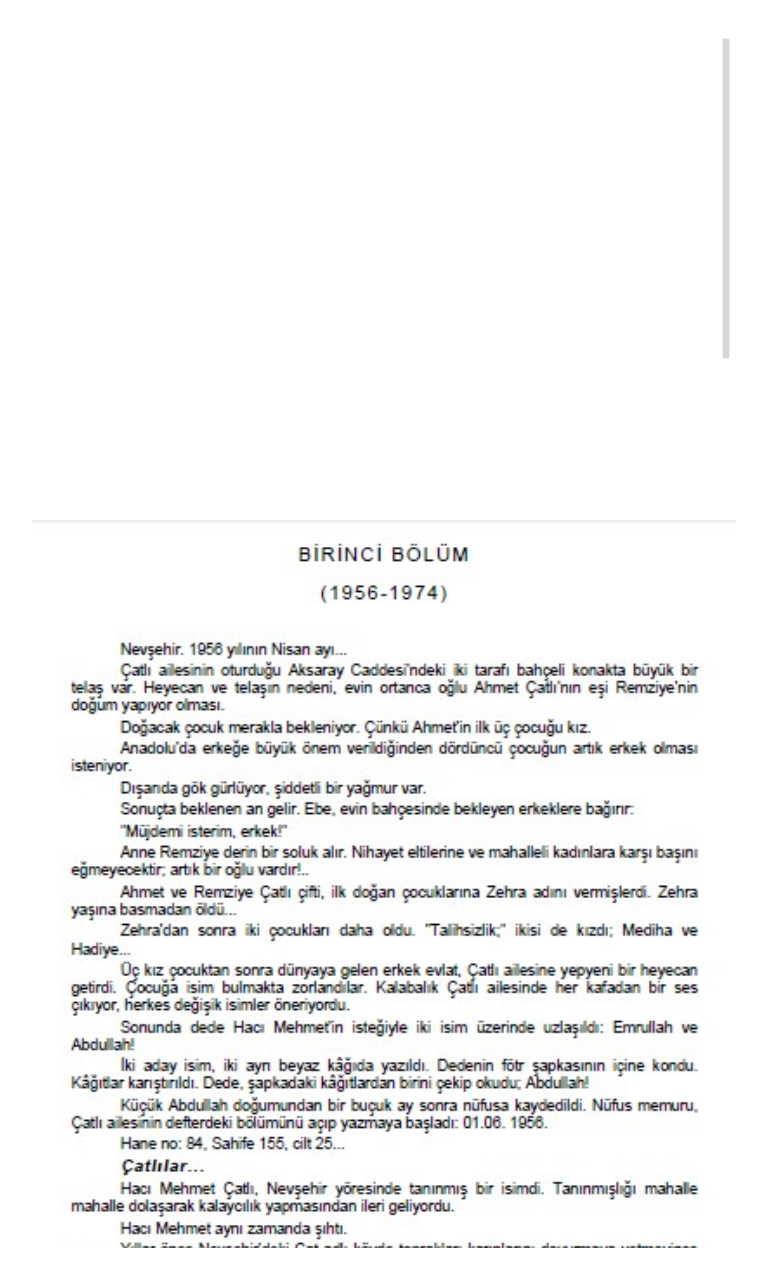
Repository: vitaabb/learnmixer
Layout: LearnMixer 4.05.2015/LearnMixer/res/layout/activity_pdf_activity.xml
An editor plug-in stored every save of this project. The layout is shown before and after the next save, followed by the edit.
It is drawn on a 768 x 1280 px phone screen (xhdpi) without system bars, with theme AppTheme; the app's code is not run.

Above is the layout before, as saved 2015-05-06 11:24:23.

### LearnMixer 4.05.2015/LearnMixer/res/layout/activity_pdf_activity.xml
<LinearLayout xmlns:android="http://schemas.android.com/apk/res/android"
    xmlns:tools="http://schemas.android.com/tools" android:layout_width="match_parent"
    android:layout_height="match_parent" android:paddingLeft="@dimen/activity_horizontal_margin"
    android:paddingRight="@dimen/activity_horizontal_margin"
    android:paddingTop="@dimen/activity_vertical_margin"
    android:paddingBottom="@dimen/activity_vertical_margin"
    android:orientation="vertical"
    tools:context="com.kvitochka.myviewer.pdf_activity"
    android:background="@color/white">

    <ScrollView
        android:layout_width="fill_parent"
        android:layout_height="wrap_content"
        android:id="@+id/scrollView">


        <LinearLayout
            android:orientation="vertical"
            android:layout_width="fill_parent"
            android:layout_height="wrap_content">

            <FrameLayout
                android:layout_width="fill_parent"
                android:layout_height="1000dp">

                <ImageView
                    android:id="@+id/imageView"
                    android:layout_width="fill_parent"
                    android:layout_height="719dp"
                    android:layout_gravity="center"
                    android:src="@drawable/puppy_01" />

            </FrameLayout>

            <ImageView
                android:layout_width="10dp"
                android:layout_height="10dp"
                android:id="@+id/imageView6"
                />

            <FrameLayout
                android:layout_width="fill_parent"
                android:layout_height="fill_parent">

                <ImageView
                    android:layout_width="wrap_content"
                    android:layout_height="wrap_content"
                    android:id="@+id/imageView2"
                    android:src="@drawable/puppy_02"
                    android:layout_gravity="center" />
            </FrameLayout>

            <ImageView
                android:layout_width="wrap_content"
                android:layout_height="10dp"
                android:id="@+id/imageView7" />

            <FrameLayout
                android:layout_width="fill_parent"
                android:layout_height="fill_parent">

                <ImageView
                    android:layout_width="wrap_content"
                    android:layout_height="wrap_content"
                    android:id="@+id/imageView3"
                    android:src="@drawable/puppy_03"
                    android:layout_gravity="center" />
            </FrameLayout>

            <ImageView
                android:layout_width="wrap_content"
                android:layout_height="10dp"
                android:id="@+id/imageView8" />

            <FrameLayout
                android:layout_width="fill_parent"
                android:layout_height="fill_parent">

                <ImageView
                    android:layout_width="wrap_content"
                    android:layout_height="wrap_content"
                    android:id="@+id/imageView4"
                    android:src="@drawable/puppy_04"
                    android:layout_gravity="center" />
            </FrameLayout>

            <ImageView
                android:layout_width="wrap_content"
                android:layout_height="10dp"
                android:id="@+id/imageView9" />

            <FrameLayout
                android:layout_width="fill_parent"
                android:layout_height="fill_parent">

                <ImageView
                    android:layout_width="wrap_content"
                    android:layout_height="wrap_content"
                    android:id="@+id/imageView5"
                    android:src="@drawable/puppy_05"
                    android:layout_gravity="center_horizontal|top" />
            </FrameLayout>

            <ImageView
                android:layout_width="match_parent"
                android:layout_height="0dp"
                android:layout_weight="1"
                android:scaleType="fitCenter"
                android:id="@+id/img" />

            <LinearLayout
                android:orientation="horizontal"
                android:layout_width="match_parent"
                android:layout_height="wrap_content">



                </LinearLayout>

        </LinearLayout>
    </ScrollView>


</LinearLayout>

### LearnMixer 4.05.2015/LearnMixer/res/values/color.xml
<?xml version="1.0" encoding="utf-8"?>
<resources>

    <color name="white">#ffffff</color>
    <color name="done">#D9D9DB</color>
    <color name="actionbar">#513252</color>
    <color name="red">#c90000</color>
    <color name="yellowapp">#d5e13f</color>
    <color name="chatboxcontainer">#b5b5b5</color>
    <color name="black">#000000</color>
    <color name="blue">#0645AD</color>
    <color name="grey">#cccccc</color>
    <color name="hint_color">#808080</color>
    <color name="signinscreenfont">#464646</color>
    <color name="olive">#808000</color>
    <color name="profilebanner">#f9ddfa</color>
    <color name="bright_foreground_material_dark">#f9ddfa</color>
    <color name="dark_green">#092a56</color>
    <color name="heading_color">#f0f0f0</color>
    <color name="field_color">#020b4d</color>
    <color name="value_color">#464646</color>
    <color name="trans">#00000000</color>
    <color name="light_black">#4f6c90</color>
    <color name="navy_blue">#000080 </color>
    <color name="pop_up">#020b4d </color>
    <color name="setting_heading">#00585a </color>
    <color name="edit_text">#020b4d </color>
    <color name="hding_clor">#b60000</color>
    <color name="hint_clor">#8ea2ba </color>
    <color name="richirich">#976b00 </color>
    <color name="superman">#c20000 </color>
    <color name="sneakers">#000000 </color>
    <color name="vip">#020b4d </color>
    <color name="moderator">#04127b </color>
    <color name="bossoftopic">#020b4d </color>
    <color name="richiman">#976b00 </color>
    <color name="chatter">#020b4d </color>
    <color name="newColor">#00585a </color>
    <color name="gradient_start">#d5e13f </color>
    <color name="gradient_middle">#d5e13f </color>
    <color name="gradient_end">#d5e13f </color>

</resources>

Loaded but not shown: LearnMixer 4.05.2015/LearnMixer/res/values/styles.xml (common file); LearnMixer 4.05.2015/LearnMixer/res/values-v11/styles.xml (common file); LearnMixer 4.05.2015/LearnMixer/res/values-v14/styles.xml (common file); LearnMixer 4.05.2015/LearnMixer/res/values-w820dp/dimens.xml (common file); LearnMixer 4.05.2015/LearnMixer/res/values/dimens.xml (common file)

After the next save:
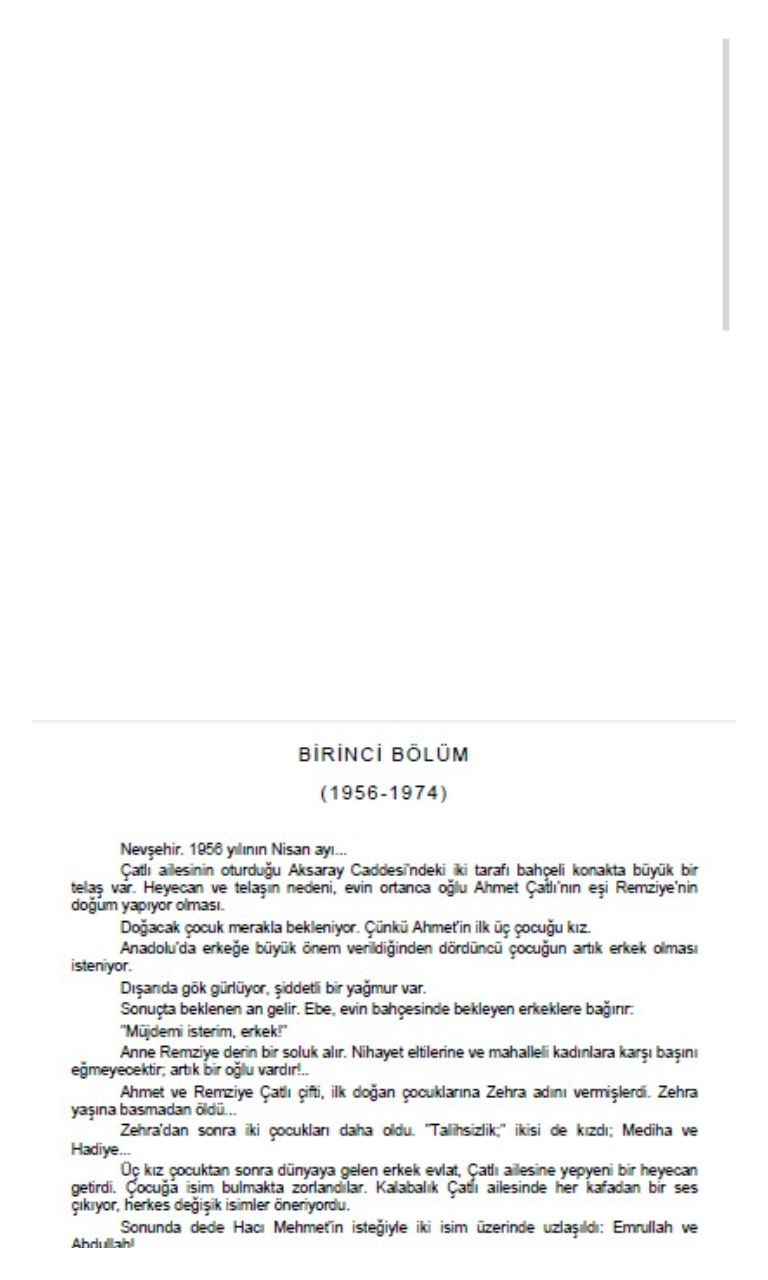
Saved 14 s later.
--- a/LearnMixer 4.05.2015/LearnMixer/res/layout/activity_pdf_activity.xml
+++ b/LearnMixer 4.05.2015/LearnMixer/res/layout/activity_pdf_activity.xml
@@ -21,7 +21,7 @@
 
             <FrameLayout
                 android:layout_width="fill_parent"
-                android:layout_height="1000dp">
+                android:layout_height="1200dp">
 
                 <ImageView
                     android:id="@+id/imageView"
